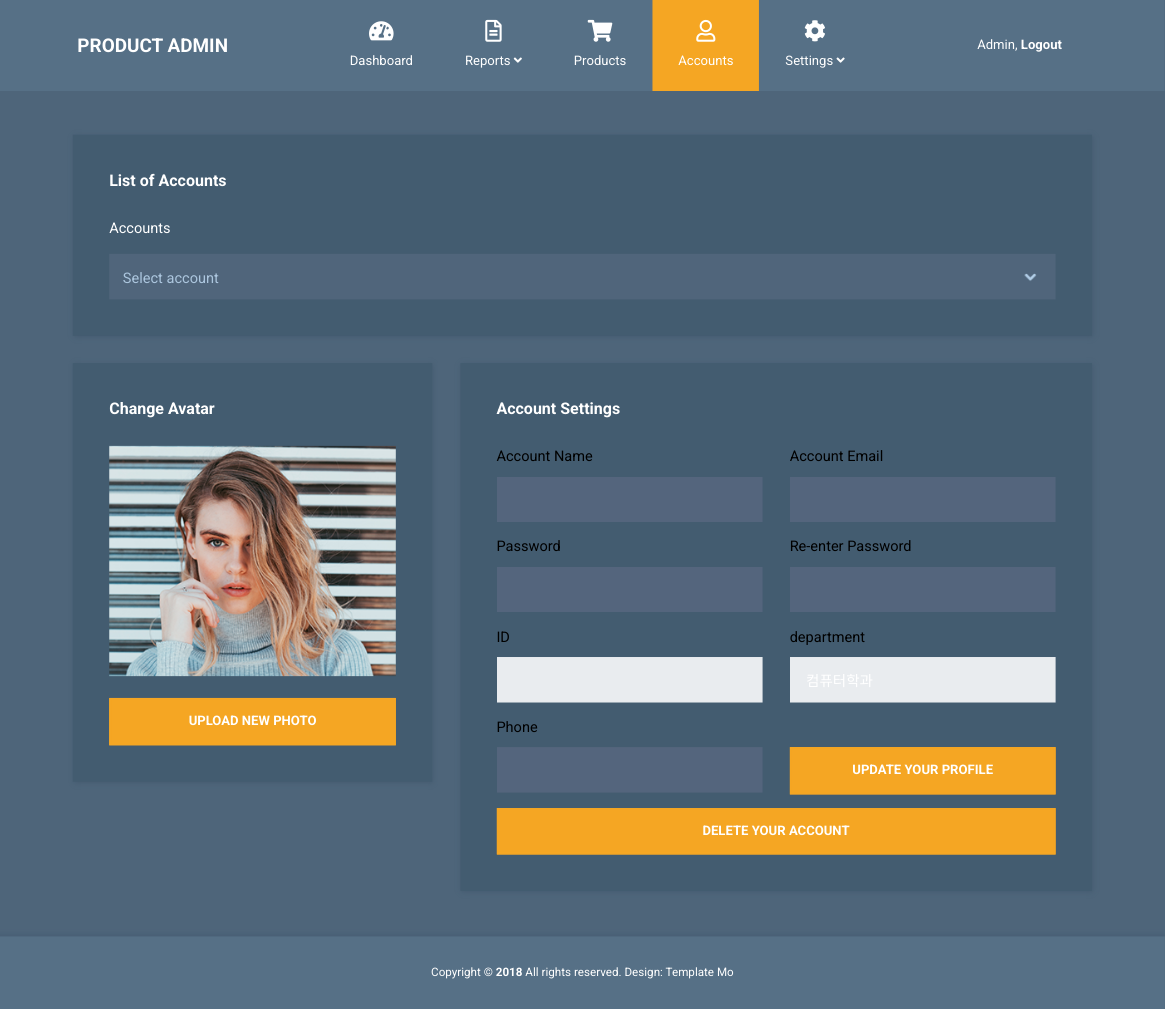
Repository: YJ-S2/2019-FaceAPI
Page: test1-master/web/123/WebContent/accounts.html
An editor plug-in stored every save of this project. The page is shown before and after the next save, followed by the edit.
The browser window is 1280 px wide. The pictures show the whole page, at 91% of full size.

Above is the page before, as saved 2019-08-07 06:06:22.

After the next save:
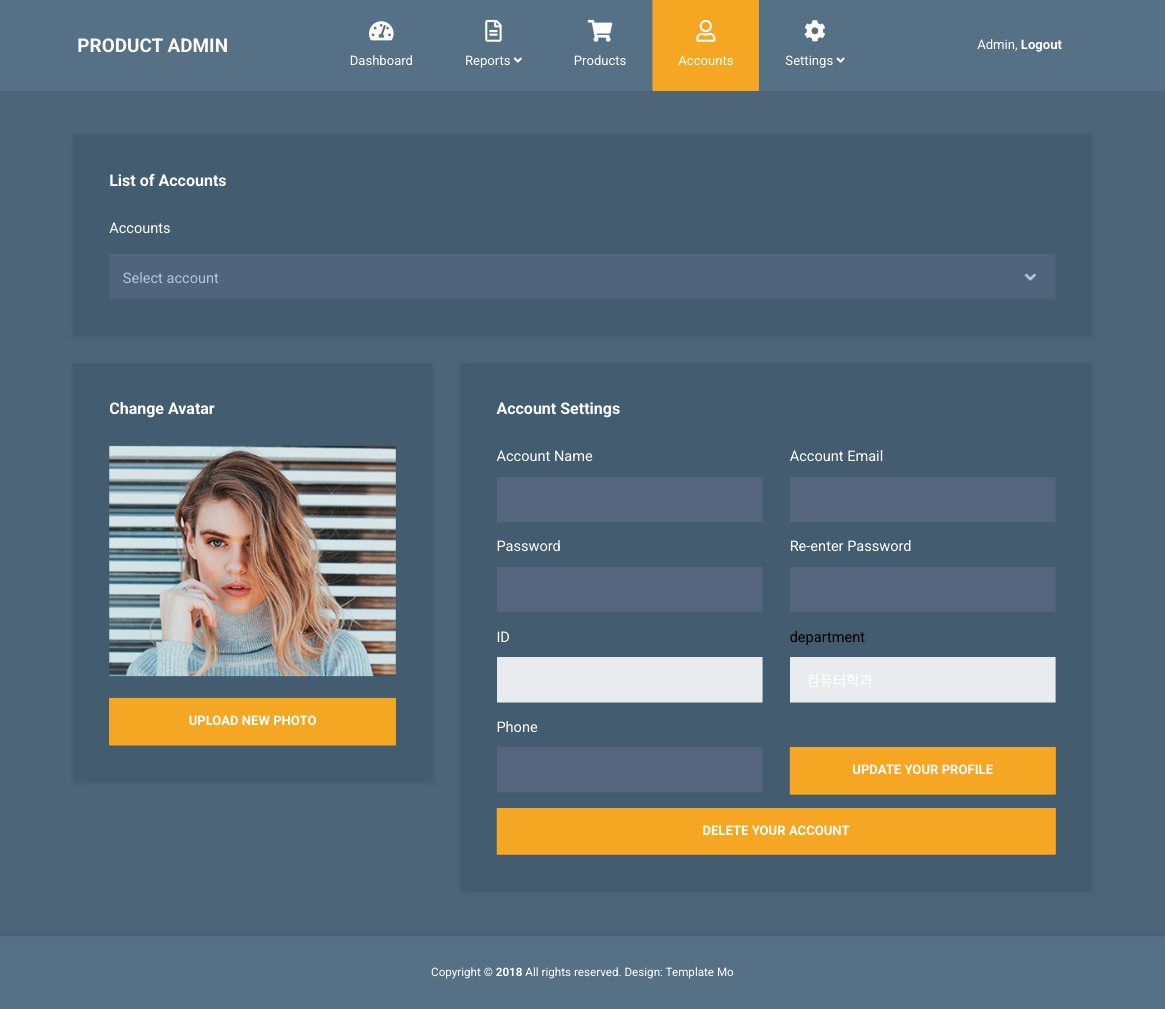
Saved 25 s later.
--- a/test1-master/web/123/WebContent/accounts.html
+++ b/test1-master/web/123/WebContent/accounts.html
@@ -20,7 +20,7 @@
 	https://templatemo.com/tm-524-product-admin
 	-->
 	<style>
-	.form-group label {
+	.form-group1 label {
   color: black;
   margin-bottom: 10px;
 }
@@ -200,7 +200,7 @@
                     disabled
                   />
                 </div>
-                <div class="form-group col-lg-6">
+                <div class="form-group1 col-lg-6">
                   <label for="department">department</label>
                   <input
                     id="department"
